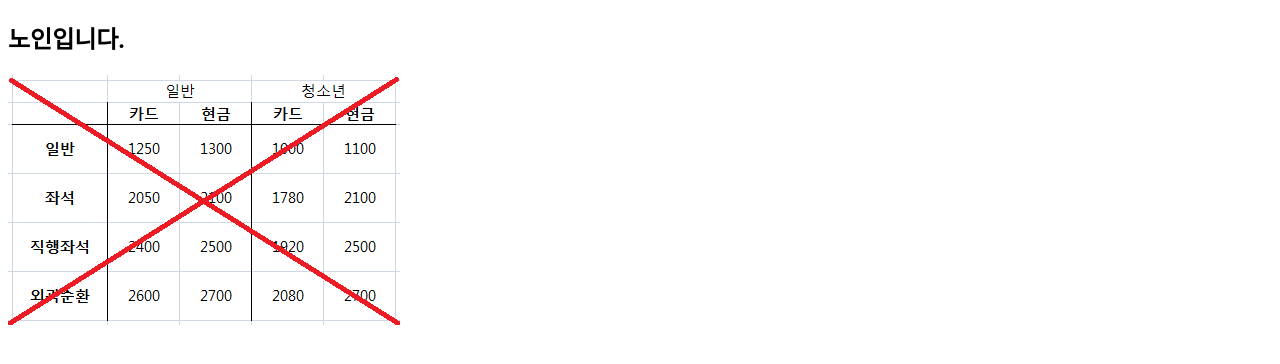
Repository: eun-chongzzz/jsp_practice
Page: http://localhost/JSPBasic/jspObject/4.objecttest/bus_senior.jsp
These files come from the project's save history. The page is drawn as it stood at one moment and after the next save; the edit follows.
The browser window is 1280 px wide. The pictures show the whole page.
The page is served by Tomcat 9.

Above is the page before, as saved 2022-02-07 05:37:25.

After the next save:
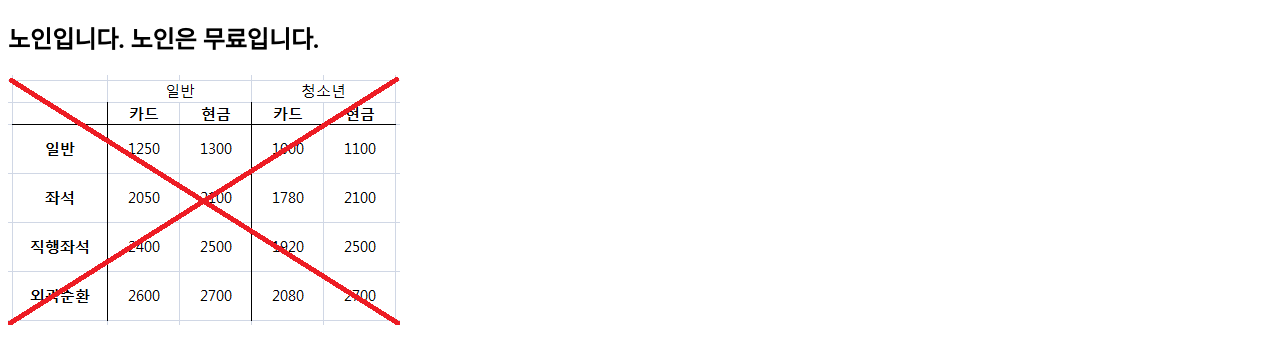
Saved 12 s later.
--- a/JSPBasic/src/main/webapp/jspObject/4.objecttest/bus_senior.jsp
+++ b/JSPBasic/src/main/webapp/jspObject/4.objecttest/bus_senior.jsp
@@ -7,7 +7,7 @@
 <title>Insert title here</title>
 </head>
 <body>
-	<h2>노인입니다.</h2>
+	<h2>노인입니다. 노인은 무료입니다.</h2>
 	<img src="repository/노인.png">
 </body>
 </html>
